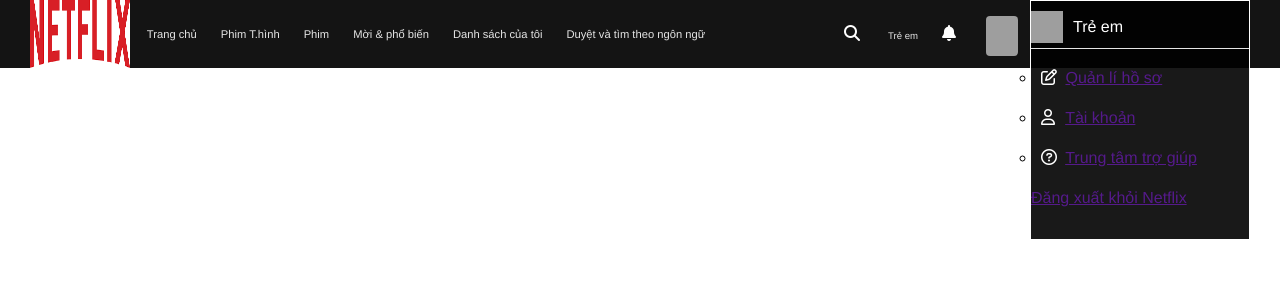
Repository: Tbs-Giang-Luong/neflix
Page: netflix/index.html
These files come from the project's save history. The page is drawn as it stood at one moment and after the next save; the edit follows.
The browser window is 1280 px wide. The pictures show the whole page.
Pictures or frames that could not be fetched are drawn as grey boxes.

Above is the page before, as saved 2022-10-11 15:58:50.

### netflix/index.html
<!DOCTYPE html>
<html lang="en">
<head>
    <meta charset="UTF-8">
    <meta http-equiv="X-UA-Compatible" content="IE=edge">
    <meta name="viewport" content="width=device-width, initial-scale=1.0">
    <link rel="stylesheet" href="./asset/css/grid.css">
    <link rel="stylesheet" href="./asset/fonts/fontawesome-free-6.2.0-web/css/all.min.css">
    <link rel="stylesheet" href="./asset/css/styles.css">
    <link rel="stylesheet" href="./asset/css/main.css">
    <title>Document</title>
</head>
<body>
    <div id="main grid wide">
        <div id="header">
            <img class="header-logo" src="data:[embedded picture, 4426 characters]" data-deferred="1" alt="upload.wikimedia.org/wikipedia/commons/thumb/0/..." data-atf="true" data-iml="706.6999999992549">
            <div class="header-main">
                <ui class="main__navigation">
                    <li class="navigation-item">
                        <a href="">Trang chủ</a>

                    </li>
                    <li class="navigation-item">
                        <a href="">Phim T.hình</a>

                    </li>
                    <li class="navigation-item">
                        <a href="">Phim</a>

                    </li>
                    <li class="navigation-item">
                        <a href="">Mời & phổ biến</a>

                    </li>
                    <li class="navigation-item">
                        <a href="">  Danh sách của tôi</a>

                    </li>
                    <li class="navigation-item">
                        <a href=""> Duyệt và tìm theo ngôn ngữ</a>

                    </li>
                </ui>
            </div>
            <div class="header__sub">
                <ul class="secondary__navigation">
                    <li class="header__sub-item">
                        <span class="header-search">
                            <i class="fa-solid fa-magnifying-glass"></i>
                        </span>

                    </li>
                    <li class="header__sub-item">
                        <a href="">Trẻ em</a>
                    </li>
                    <li class="header__sub-item display-notification ">
                        <span class="item-notification ">
                            <i class="fa-solid fa-bell"></i>
                            <div class="header__notification">
                                <h4>Không có thông báo gần đây</h4>
                            </div>
                        </span>

                    </li>
                    <li class="header__sub-item">
                        <img class="avatar" src="https://occ-0-325-58.1.nflxso.net/dnm/api/v6/K6hjPJd6cR6FpVELC5Pd6ovHRSk/AAAABY20DrC9-11ewwAs6nfEgb1vrORxRPP9IGmlW1WtKuaLIz8VxCx5NryzDK3_ez064IsBGdXjVUT59G5IRuFdqZlCJCneepU.png?r=229" alt="Avatar">
                    </li>
                    <div class="header__sub-register">
                        <header class="header__sub-register-title">
                            <img class="user-avatar" src="https://scontent.fhph1-1.fna.fbcdn.net/v/t39.30808-6/311119555_109525788604361_45868553879103488_n.jpg?_nc_cat=110&ccb=1-7&_nc_sid=8bfeb9&_nc_ohc=YA-Q0zFBo-MAX8DiBhv&_nc_ht=scontent.fhph1-1.fna&oh=00_AT-TR6HWOTBlD7z4vqIBG82bLVfP4k8ApmDVC3XX4fmfNQ&oe=6349D433" alt="">
                            <p>Trẻ em</p>
                        </header>
                        <ul class="main-register">
                            <li class="register-item">
                                <i class="fa-regular fa-pen-to-square"></i>
                                <a href="">Quản lí hồ sơ</a>
                            </li>
                            <li class="register-item">
                                <i class="fa-regular fa-user"></i>
                                <a href="">Tài khoản</a>
                            </li>
                            <li class="register-item">
                                <i class="fa-regular fa-circle-question"></i>
                                <a href="">Trung tâm trợ giúp</a>
                            </li>

                        </ul>
                        <a href="" class="register-logout">Đăng xuất khỏi Netflix</a>
                    </div>

                </ul>

            </div>


        </div>

        <div id="content">

        </div>

        <div id="footer">

        </div>
    </div>
</body>
</html>

### netflix/asset/css/grid.css
.grid {
    width: 100%;
    display: block;
    padding: 0;
}

.grid.wide {
    max-width: 1200px;
    margin: 0 auto;
}

.row {
    display: flex;
    flex-wrap: wrap;
    margin-left: -4px;
    margin-right: -4px;
}

.row.no-gutters {
    margin-left: 0;
    margin-right: 0;
}

.col {
    padding-left: 4px;
    padding-right: 4px;
}

.row.no-gutters .col {
    padding-left: 0;
    padding-right: 0;
}

.c-0 {
    display: none;
}

.c-1 {
    flex: 0 0 8.33333%;
    max-width: 8.33333%;
}

.c-2 {
    flex: 0 0 16.66667%;
    max-width: 16.66667%;
}

.c-3 {
    flex: 0 0 25%;
    max-width: 25%;
}

.c-4 {
    flex: 0 0 33.33333%;
    max-width: 33.33333%;
}

.c-5 {
    flex: 0 0 41.66667%;
    max-width: 41.66667%;
}

.c-6 {
    flex: 0 0 50%;
    max-width: 50%;
}

.c-7 {
    flex: 0 0 58.33333%;
    max-width: 58.33333%;
}

.c-8 {
    flex: 0 0 66.66667%;
    max-width: 66.66667%;
}

.c-9 {
    flex: 0 0 75%;
    max-width: 75%;
}

.c-10 {
    flex: 0 0 83.33333%;
    max-width: 83.33333%;
}

.c-11 {
    flex: 0 0 91.66667%;
    max-width: 91.66667%;
}

.c-12 {
    flex: 0 0 100%;
    max-width: 100%;
}

.c-o-1 {
    margin-left: 8.33333%;
}

.c-o-2 {
    margin-left: 16.66667%;
}

.c-o-3 {
    margin-left: 25%;
}

.c-o-4 {
    margin-left: 33.33333%;
}

.c-o-5 {
    margin-left: 41.66667%;
}

.c-o-6 {
    margin-left: 50%;
}

.c-o-7 {
    margin-left: 58.33333%;
}

.c-o-8 {
    margin-left: 66.66667%;
}

.c-o-9 {
    margin-left: 75%;
}

.c-o-10 {
    margin-left: 83.33333%;
}

.c-o-11 {
    margin-left: 91.66667%;
}

/* >= Tablet */
@media (min-width: 740px) {
    .row {
        margin-left: -8px;
        margin-right: -8px;
    }

    .col {
        padding-left: 8px;
        padding-right: 8px;
    }

    .m-0 {
        display: none;
    }

    .m-1,
    .m-2,
    .m-3,
    .m-4,
    .m-5,
    .m-6,
    .m-7,
    .m-8,
    .m-9,
    .m-10,
    .m-11,
    .m-12 {
        display: block;
    }

    .m-1 {
        flex: 0 0 8.33333%;
        max-width: 8.33333%;
    }

    .m-2 {
        flex: 0 0 16.66667%;
        max-width: 16.66667%;
    }

    .m-3 {
        flex: 0 0 25%;
        max-width: 25%;
    }

    .m-4 {
        flex: 0 0 33.33333%;
        max-width: 33.33333%;
    }

    .m-5 {
        flex: 0 0 41.66667%;
        max-width: 41.66667%;
    }

    .m-6 {
        flex: 0 0 50%;
        max-width: 50%;
    }

    .m-7 {
        flex: 0 0 58.33333%;
        max-width: 58.33333%;
    }

    .m-8 {
        flex: 0 0 66.66667%;
        max-width: 66.66667%;
    }

    .m-9 {
        flex: 0 0 75%;
        max-width: 75%;
    }

    .m-10 {
        flex: 0 0 83.33333%;
        max-width: 83.33333%;
    }

    .m-11 {
        flex: 0 0 91.66667%;
        max-width: 91.66667%;
    }

    .m-12 {
        flex: 0 0 100%;
        max-width: 100%;
    }

    .m-o-1 {
        margin-left: 8.33333%;
    }

    .m-o-2 {
        margin-left: 16.66667%;
    }

    .m-o-3 {
        margin-left: 25%;
    }

    .m-o-4 {
        margin-left: 33.33333%;
    }

    .m-o-5 {
        margin-left: 41.66667%;
    }

    .m-o-6 {
        margin-left: 50%;
    }

    .m-o-7 {
        margin-left: 58.33333%;
    }

    .m-o-8 {
        margin-left: 66.66667%;
    }

    .m-o-9 {
        margin-left: 75%;
    }

    .m-o-10 {
        margin-left: 83.33333%;
    }

    .m-o-11 {
        margin-left: 91.66667%;
    }
}

/* PC medium resolution > */
@media (min-width: 1113px) {
    .row {
        margin-left: -12px;
        margin-right: -12px;
    }

    .row.sm-gutter {
        margin-left: -5px;
        margin-right: -5px;
    }

    .col {
        padding-left: 12px;
        padding-right: 12px;
    }

    .row.sm-gutter .col {
        padding-left: 5px;
        padding-right: 5px;
    }

    .l-0 {
        display: none;
    }

    .l-1,
    .l-2,
    .l-2-4,
    .l-3,
    .l-4,
    .l-5,
    .l-6,
    .l-7,
    .l-8,
    .l-9,
    .l-10,
    .l-11,
    .l-12 {
        display: block;
    }

    .l-1 {
        flex: 0 0 8.33333%;
        max-width: 8.33333%;
    }

    .l-2 {
        flex: 0 0 16.66667%;
        max-width: 16.66667%;
    }

    .l-2-4 {
        flex: 0 0 20%;
        max-width: 20%;
    }

    .l-3 {
        flex: 0 0 25%;
        max-width: 25%;
    }

    .l-4 {
        flex: 0 0 33.33333%;
        max-width: 33.33333%;
    }

    .l-5 {
        flex: 0 0 41.66667%;
        max-width: 41.66667%;
    }

    .l-6 {
        flex: 0 0 50%;
        max-width: 50%;
    }

    .l-7 {
        flex: 0 0 58.33333%;
        max-width: 58.33333%;
    }

    .l-8 {
        flex: 0 0 66.66667%;
        max-width: 66.66667%;
    }

    .l-9 {
        flex: 0 0 75%;
        max-width: 75%;
    }

    .l-10 {
        flex: 0 0 83.33333%;
        max-width: 83.33333%;
    }

    .l-11 {
        flex: 0 0 91.66667%;
        max-width: 91.66667%;
    }

    .l-12 {
        flex: 0 0 100%;
        max-width: 100%;
    }

    .l-o-1 {
        margin-left: 8.33333%;
    }

    .l-o-2 {
        margin-left: 16.66667%;
    }

    .l-o-3 {
        margin-left: 25%;
    }

    .l-o-4 {
        margin-left: 33.33333%;
    }

    .l-o-5 {
        margin-left: 41.66667%;
    }

    .l-o-6 {
        margin-left: 50%;
    }

    .l-o-7 {
        margin-left: 58.33333%;
    }

    .l-o-8 {
        margin-left: 66.66667%;
    }

    .l-o-9 {
        margin-left: 75%;
    }

    .l-o-10 {
        margin-left: 83.33333%;
    }

    .l-o-11 {
        margin-left: 91.66667%;
    }
}

/* Tablet - PC low resolution */
@media (min-width: 740px) and (max-width: 1023px) {
    .wide {
        width: 644px;
    }
}

/* > PC low resolution */
@media (min-width: 1024px) and (max-width: 1239px) {
    .wide {
        width: 984px;
    }

    .wide .row {
        margin-left: -12px;
        margin-right: -12px;
    }

    .wide .row.sm-gutter {
        margin-left: -5px;
        margin-right: -5px;
    }

    .wide .col {
        padding-left: 12px;
        padding-right: 12px;
    }

    .wide .row.sm-gutter .col {
        padding-left: 5px;
        padding-right: 5px;
    }

    .wide .l-0 {
        display: none;
    }

    .wide .l-1,
    .wide .l-2,
    .wide .l-2-4,
    .wide .l-3,
    .wide .l-4,
    .wide .l-5,
    .wide .l-6,
    .wide .l-7,
    .wide .l-8,
    .wide .l-9,
    .wide .l-10,
    .wide .l-11,
    .wide .l-12 {
        display: block;
    }

    .wide .l-1 {
        flex: 0 0 8.33333%;
        max-width: 8.33333%;
    }

    .wide .l-2 {
        flex: 0 0 16.66667%;
        max-width: 16.66667%;
    }

    .wide .l-2-4 {
        flex: 0 0 20%;
        max-width: 20%;
    }

    .wide .l-3 {
        flex: 0 0 25%;
        max-width: 25%;
    }

    .wide .l-4 {
        flex: 0 0 33.33333%;
        max-width: 33.33333%;
    }

    .wide .l-5 {
        flex: 0 0 41.66667%;
        max-width: 41.66667%;
    }

    .wide .l-6 {
        flex: 0 0 50%;
        max-width: 50%;
    }

    .wide .l-7 {
        flex: 0 0 58.33333%;
        max-width: 58.33333%;
    }

    .wide .l-8 {
        flex: 0 0 66.66667%;
        max-width: 66.66667%;
    }

    .wide .l-9 {
        flex: 0 0 75%;
        max-width: 75%;
    }

    .wide .l-10 {
        flex: 0 0 83.33333%;
        max-width: 83.33333%;
    }

    .wide .l-11 {
        flex: 0 0 91.66667%;
        max-width: 91.66667%;
    }

    .wide .l-12 {
        flex: 0 0 100%;
        max-width: 100%;
    }

    .wide .l-o-1 {
        margin-left: 8.33333%;
    }

    .wide .l-o-2 {
        margin-left: 16.66667%;
    }

    .wide .l-o-3 {
        margin-left: 25%;
    }

    .wide .l-o-4 {
        margin-left: 33.33333%;
    }

    .wide .l-o-5 {
        margin-left: 41.66667%;
    }

    .wide .l-o-6 {
        margin-left: 50%;
    }

    .wide .l-o-7 {
        margin-left: 58.33333%;
    }

    .wide .l-o-8 {
        margin-left: 66.66667%;
    }

    .wide .l-o-9 {
        margin-left: 75%;
    }

    .wide .l-o-10 {
        margin-left: 83.33333%;
    }

    .wide .l-o-11 {
        margin-left: 91.66667%;
    }
}

### netflix/asset/css/styles.css
*{
    margin: 0;
    padding: 0;
    box-sizing: border-box;
}

:root {
    --height-header: 68px;
    --white-color:#fff;
    --header-color:#141414;
    --arrow-up-color:#e5e5e5;
}


body{

    font-family: Netflix Sans,Helvetica Neue,Helvetica,Arial,sans-serif;
}

### netflix/asset/css/main.css


#wrapper {
    background-color: rgb(20, 20, 20);

}


#header {
    width: 100%;
    height: 68px;
    background-color: #141414;
    /* background-color: #333; */
    display: flex;
    justify-content: space-between;
    padding: 0 30px;

}

.header-logo {
    width:100px;
    height: 68px;

    background-color: transparent;
    cursor: pointer;

}

/* navigation */

.header-main {
    cursor: pointer;

}

.main__navigation {
    display: flex;
    margin-left: -110px;
}

 .navigation-item a:first-child {
    font-size: 0.7rem;
    font-weight: 500;
}

.navigation-item ~ a :hover {
    color: #e5e5e5;
}

.navigation-item {
    list-style-type: none;
    height: 68px;

}
.navigation-item a {
  color: #e5e5e5;
  line-height: 68px;
  font-size: 0.6rem;
  font-weight: 300;
  text-decoration: none;
  padding: 0 12px;
  height: var();
  max-width: 110px;
  min-width: 24px;



}


/* Sub-navagation */

.header__sub {

}

.secondary__navigation {
    display: flex;
}

.header__sub-item {
    list-style: none;
    height: var(--height-header);
    cursor: pointer;
}

.header-search,
.item-notification {
    display: block;
    width: 20px;
    height: 20px;
    color: white;


}
.item-notification {
    position: relative;
}

.header__notification {
    position: absolute;
    top: 80px;
    right: 0;
    width: 400px;
    height: 116px;
    font-size: 0.8rem;
    font-weight: 300;
    text-align: center;
    color: #e5e5e5;
    border-top: 3px solid orange;
    background-color: #141414;
    transform-origin: top right;
    animation: displayNotification linear 0.4s;
    display: none;
}

.display-notification:hover .header__notification{
    display: block;
}

.header__notification::before{
    content: '';
    position: absolute;
    border-width: 6px 6px;
    border-style:solid;
    border-color: transparent transparent var(--arrow-up-color) transparent ;
    top: -15px;
    right: 8px;


}

.header__notification::after{

    position: absolute;
    display: block;
    border-style: solid;
    background-color: transparent;
    width: 40px;
    height: 8px;
    top: -15px;
    right: 0;


}

@keyframes displayNotification {
    from{
        opacity: 0;
        transform: scale(0);
    }
    to{
        opacity: 1;

        transform: scale(1);

    }
}

.header__sub-item a{
    text-decoration: none;
    color: #e5e5e5;
    font-size: 0.6rem;

}

.header__sub-item  {
    padding: 0 12px;
    line-height: var(--height-header);
}
/* .header__sub-item li + .header__sub-item li{
    padding: 0 12px;
} */

.avatar {
   width: 32px;
   height: 40px;
   margin-top: 16px;
   border-radius: 4px;
}

/* registers */





.header__sub-register {
    /* position: absolute; */
    width: 220px;
    height: 240px;
    border: 1px solid var(--white-color);
    background-color: rgba(0,0,0,.9);

}

.header__sub-register-title {
    display: flex;
    padding: 10px 0 5px;
    align-items: center;
    border-bottom: 1px solid var(--arrow-up-color);

}

.user-avatar {
    width: 32px;
    height: 32px;
    margin-right: 10px;
}

.header__sub-register-title p{
    color:var(--white-color);
    font-size: 1rem;
    font-weight: 400;
    flex: 1;

}



.main-register {
    padding: 10px 5px;
}

.register-item {
    padding: 10px 5px;

}

.register-item i {
    width: 20px;
    height: 20px;
    color: var(--white-color);
}


#content {

}


#footer {

}

Loaded but not shown: netflix/asset/fonts/fontawesome-free-6.2.0-web/css/all.min.css (library)

After the next save:
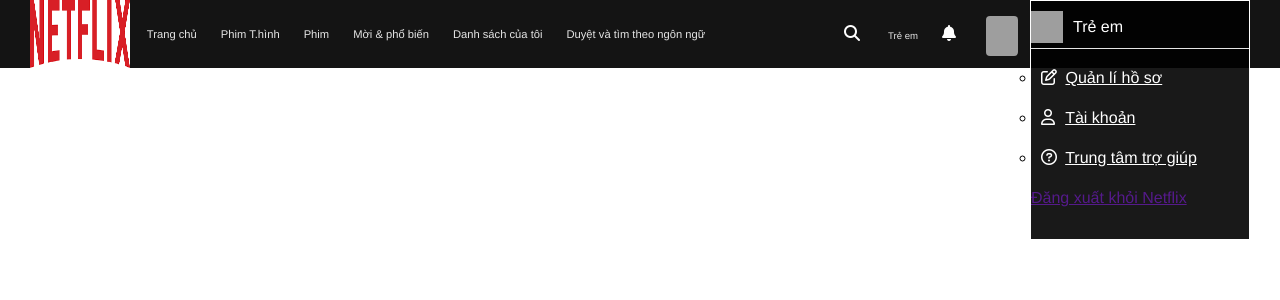
Saved 44 s later.
--- a/netflix/asset/css/main.css
+++ b/netflix/asset/css/main.css
@@ -233,6 +233,10 @@
     color: var(--white-color);
 }
 
+.register-item a{
+    color: var(--white-color);
+}
+
 
 #content {
 
